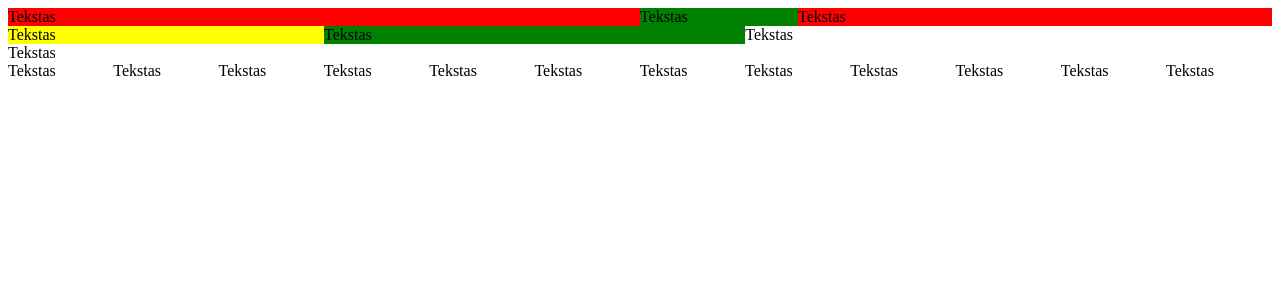
Repository: motiejus1/05-paskaita
Page: index.html
These files come from the project's save history. The page is drawn as it stood at one moment and after a run of saves; the edit follows.
The browser window is 1280 px wide. The pictures show the whole page.

Above is the page before, as saved 2021-06-07 18:45:30.

After the next 2 saves:
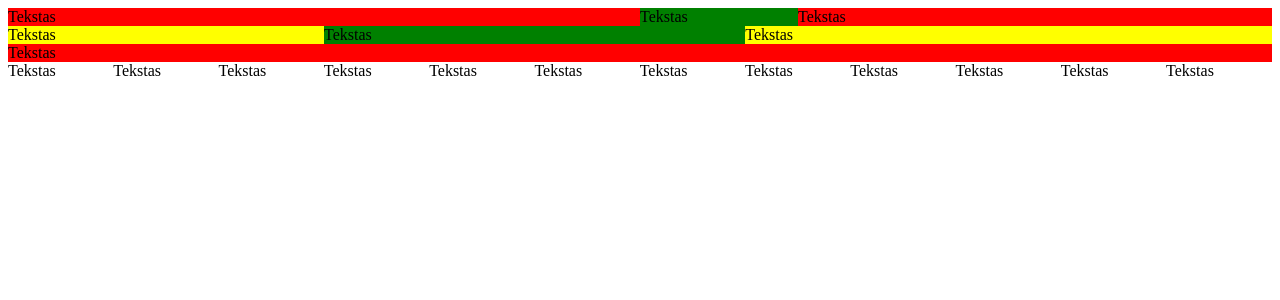
The 2 saves are shown as one change because they came seconds apart.
The last was saved 6 s later.
--- a/index.html
+++ b/index.html
@@ -91,11 +91,11 @@
     <div class="row">
         <div class="col-3 geltona">Tekstas</div>
         <div class="col-4 zalia">Tekstas</div>
-        <div class="col-5">Tekstas</div>
+        <div class="col-5 geltona">Tekstas</div>
     </div>
 
     <div class="row">
-        <div class="col-12">Tekstas</div>
+        <div class="col-12 raudona">Tekstas</div>
     </div>
 
     <div class="row">
